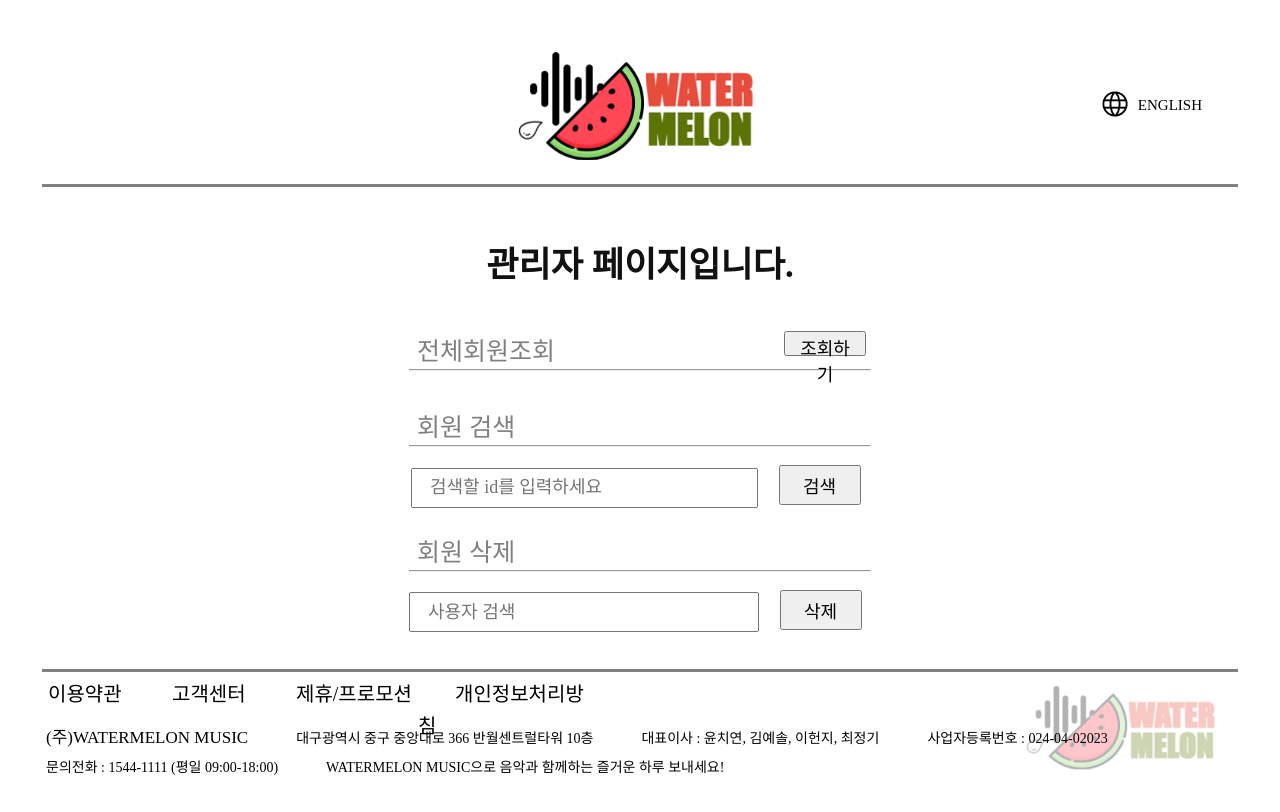
Repository: anchobb/TEAM_STS
Page: http://localhost/PJ_TEAM01/WEB-INF/views/member/member.jsp
These files come from the project's save history. The page is drawn as it stood at one moment and after the next save; the edit follows.
The browser window is 1280 px wide. The pictures show the whole page.
Some web fonts or font styles are not loaded; a fallback is used. Some web libraries are served in a nearby version. The page is served by Tomcat 9. Nobody is signed in. The template is opened directly, without the code that normally fills it, so the values that code supplies are empty.

Above is the page before, as saved 2023-09-16 07:01:10.

### PJ_TEAM01/src/main/webapp/WEB-INF/views/member/member.jsp
 <%@ page language="java" contentType="text/html; charset=UTF-8"
    pageEncoding="UTF-8"%>
<%@ taglib uri="http://java.sun.com/jsp/jstl/core" prefix="c"%>
<!DOCTYPE html>
<html>
<head>
<meta charset="UTF-8">
<title>MEMBER PAGE</title>
<style>
		<%@include file="/resources/static/css/common.css" %>
		<%@include file="/resources/static/css/header.css" %>
		<%@include file="/resources/static/css/member_Page.css" %>
		<%@include file="/resources/static/css/footer.css" %>
</style>
</head>
<body>
<div class="wrapper">
<header>
   <div class="log-header">
       <a href=<c:url value="/indexlog" />><img class="logo" src="${pageContext.request.contextPath}/resources/static/img/로고.png" alt=""></a>
       <ul>
          <li><a href=""><img  src="${pageContext.request.contextPath}/resources/static/img/english.png" alt="">ENGLISH</a></li>
       </ul>
    </div>
    <div class="logheader_line"></div>
</header>
<section class="member">
	<h1>관리자 페이지입니다.</h1>
	<ul>
		<li><span class="title">전체회원조회<button class="alluser" id="showButton">조회하기</button></span><hr/></li>
		<div class="selectall">
    	<%-- <c:forEach items="${list}" var="dto">
			<span>${dto.id}</span>&nbsp;&nbsp;<span>${dto.name}</span>
			&nbsp;&nbsp;<span>${dto.addr}</span>&nbsp;&nbsp;<span>${dto.phone}</span><br/>
		</c:forEach> --%>
			<table>
				<tr>
					<td class="user_title1" style="color:rgb(92, 115, 6);">ID</td>
					<td class="user_title1" style="color:rgb(92, 115, 6);">NAME</td>
					<td class="user_title2" style="color:rgb(92, 115, 6);">ADDRESS</td>
					<td class="user_title2" style="color:rgb(92, 115, 6);">PHONE</td>
				</tr>
    	<c:forEach items="${list}" var="dto">
				<tr>
					<td class="user_title1">${dto.id}</td>
					<td class="user_title1">${dto.name}</td>
					<td class="user_title2">${dto.addr}</td>
					<td class="user_title2">${dto.phone}</td>
				</tr>
		</c:forEach>
			</table>


    	</div>
		<br />
		<li><span class="title">회원 검색</span><hr/></li>
		<form action="member/search" method="post">
	    <div class="search_block" style= display="none">
	    <input type="text" id="search_input" name="id" placeholder="검색할 id를 입력하세요">
	    <button class="oneuser" type="submit" >검색</button>
	    </div>
	    <div class="oneshowBlock"></div>
		</form>
		<br />
		<li><span class="title">회원 삭제</span><hr/></li>
		<form action="${pageContext.request.contextPath}/member/remove" method="post">
    	<input type="text" id="remove_input" name="id" placeholder="사용자 검색">
    	<button class="removeuser">삭제</button>
		</form>
		<br />
	</ul>

</section>
<footer>
    <div class="footer_line"></div>
    <div>
        <ul class="footer_menu">
           <li><a href="">이용약관</a></li>
           <li><a href="">고객센터</a></li>
           <li><a href="">제휴/프로모션</a></li>
           <li style="width:170px"><a href=""> &nbsp;&nbsp;&nbsp;&nbsp;&nbsp;&nbsp;&nbsp;개인정보처리방침</a></li>
        </ul>
    </div>
    <p></p>
    <div class="Site_info">
        <img id="footer_logo" src="${pageContext.request.contextPath}/resources/static/img/로고.png" alt="">
        <span class="Sitename">(주)WATERMELON MUSIC</span>
        <span>대구광역시 중구 중앙대로 366 반월센트럴타워 10층</span>
        <span>대표이사 : 윤치연, 김예솔, 이헌지, 최정기</span>
        <span>사업자등록번호 : 024-04-02023</span>
        <br>
        <span>문의전화 : 1544-1111 (평일 09:00-18:00)</span>
        <span>WATERMELON MUSIC으로 음악과 함께하는 즐거운 하루 보내세요!</span>
     </div>
</footer>
</div>


<script src="https://cdnjs.cloudflare.com/ajax/libs/axios/1.4.0/axios.min.js" integrity="sha512-uMtXmF28A2Ab/JJO2t/vYhlaa/3ahUOgj1Zf27M5rOo8/+fcTUVH0/E0ll68njmjrLqOBjXM3V9NiPFL5ywWPQ==" crossorigin="anonymous" referrerpolicy="no-referrer"></script>


	<script>
	//회원 전체조회 script
		document.addEventListener('DOMContentLoaded', function() {
	       // 버튼 클릭 이벤트 핸들러
	       var showButton = document.getElementById('showButton');
	       var selectAllDiv = document.querySelector('.selectall');

	       showButton.addEventListener('click', function() {
	           // 현재 상태를 확인하여 토글
	           if (selectAllDiv.style.display === 'none' || selectAllDiv.style.display === '') {
	               selectAllDiv.style.display = 'block'; // 보이도록 함
	           } else {
	               selectAllDiv.style.display = 'none'; // 숨김
	           }
	       });
	   });


	//회원 단건조회 script

	//회원 삭제 script
	document.addEventListener("DOMContentLoaded", function () {
       const form = document.querySelector('.removeuser');
       const searchInput = document.querySelector('#remove_input');

       form.addEventListener('click', async function (event) {
           event.preventDefault();

           const searchValue = searchInput.value;

           try {
               const response = await axios.post('/app/member/remove', null, {
                   params: { id: searchValue }
               });
               console.log('서버 응답:', response);
               alert('삭제가 완료되었습니다.');
               location.reload();
           } catch (error) {
               if (error.response) {
                   console.error('서버 응답 오류:', error.response.data);
               } else {
                   console.error('요청 오류:', error.message);
               }
               // 오류가 발생했을 때 처리
               alert('삭제에 실패했습니다.');
           }
       });
   });


	</script>

</body>
</html>

### PJ_TEAM01/src/main/webapp/resources/static/css/common.css
@font-face {
    font-family: 'SDSamliphopangche_Basic';
    src: url('https://cdn.jsdelivr.net/gh/projectnoonnu/noonfonts-20-12@1.0/SDSamliphopangche_Basic.woff') format('woff');
    font-weight: normal;
    font-style: normal;
}

* {
    margin: 2px;
    box-sizing: border-box;
    font-family: 'SDSamliphopangche_Basic';
}

ul {
    list-style: none;
    padding: 0px;
    margin: 0px;
    color: black;
}

a {
    text-decoration: none;
    color: black;
}

.wrapper {
    width: 1200px;
    margin: 30px auto;
}

.wrapper>nav>.mobilemenu>.material-symbols-outlined{
    font-variation-settings:
    'FILL' 0,
    'wght' 400,
    'GRAD' 0,
    'opsz' 48}

### PJ_TEAM01/src/main/webapp/resources/static/css/header.css
/* header */
.wrapper>header {
    height:130px;
    /* border: 1px solid red; */
    margin-top: 20px;
}

/* 탑헤더 내 로고, 검색창, 퀵메뉴 전체 */
.wrapper>header>.top-header{
    height: 110px;
    /* border: 1px solid green; */
    display: flex;
    justify-content: space-between;
    align-items: center;
}

/* 탑헤더 내 로고 */
.wrapper>header>.top-header>.logo{
    margin-top: 0;
    width: 240px;
    height: 120px;
}

/* 탑헤더 내 검색창 */
.wrapper>header>.top-header>form .search_box{
    height: 38px;
    width: 500px;
    border: 3px solid rgb(92, 115, 6);
    position: relative;
    border-radius: 7px;
    line-height: 35px;
    padding-left: 10px;
}

.wrapper>header>.top-header>form .search_box>div{
    /* border: 1px solid rosybrown; */
    height: 35px;
    width: 110px;
    font-size: 20px;
    text-align: center;
    line-height: 35px;
    margin-top: -1px;
    margin-left: -10px;
    border-right: 3px solid rgb(92, 115, 6);
    background-color: rgba(92, 115, 6, 0.43);
}

.wrapper>header>.top-header>form .search_box>input {
    height: 30px;
    width: 340px;
    border: 1px;
    outline: 1px;
    position: absolute;
    top: -1px;
    left: 115px;
    font-size: 15px;
    color: black;
    font-family: 'NanumSquareBold';
}

.wrapper>header>.top-header>form .search_box>img {
    position: absolute;
    width: 30px;
    height: 30px;
    top: 0px;
    left: 92%;
    display: block;
}

/* 헤더 내 퀵메뉴 */
.wrapper>header>.top-header>ul {
    /* border: 1px solid red; */
    display: flex;
    justify-content: right;
    align-items: center;
}

.wrapper>header>.top-header>ul>li {
    /* border: 1px solid gray; */
    width: 110px;
    position: relative;
    text-align: center;
}

.wrapper>header>.top-header>ul>li>a {
    display: block;
    font-size: 16px;
    position: relative;
    left: 15px;
}

.wrapper>header>.top-header>ul>li>a>img{
    width: 20px;
    height: 18px;
    justify-content: center;
    align-content: center;
    position: absolute;
    top: -2.5px;
    left: -5px;
}

/* nav부분 STYLE */
.wrapper>nav>.navi{
    display: flex;
    justify-content: space-between;
}

/* 왼쪽 nav one-depth */
.wrapper>nav>.navi>.Menu_left>.one--depth {
    width: 100%;
    height: 60px;
    display: flex;
}

.wrapper>nav>.navi>.Menu_left>.one--depth>li {
    position: relative;
    height: 35px;
}

.wrapper>nav>.navi>.Menu_left>.one--depth>li>a {
    display: block;
    font-size: 20px;
    width: 110px;
    /* transition: 1s; */

}

/* 왼쪽 nav two-depth */
.wrapper>nav>.navi>.Menu_left>.one--depth>li>.two--depth {
    position: absolute;
    display: none;

}

.wrapper>nav>.navi>.Menu_left>.one--depth>li>.two--depth>li {
    height: 30px;
    line-height: 30px;

}

.wrapper>nav>.navi>.Menu_left>.one--depth>li>.two--depth>li>a {
    display: block;
    width: 120px;
    font-size: 17px;
}

.wrapper>nav>.navi>.Menu_left>.one--depth>li>a:hover {
    font-size: 22px;
}

.wrapper>nav>.navi>.Menu_left>.one--depth>li:hover .two--depth {
    display: flex;
}

.wrapper>nav>.navi>.Menu_left>.one--depth>li>.two--depth>li>a:hover {
    font-size: 18px;
    transition: 0.7s;
    color: rgb(192, 57, 43);
}

/* 오른쪽 nav one-depth */
.wrapper>nav>.navi>.Menu_right>.one--depth {
    width: 100%;
    height: 60px;
    display: flex;
}

.wrapper>nav>.navi>.Menu_right>.one--depth>li {
    position: relative;
    height: 35px;
}

.wrapper>nav>.navi>.Menu_right>.one--depth>li>a {
    display: block;
    font-size: 20px;
    width: 110px;
    text-align: right;
}

/* 오른쪽 nav two-depth */
.wrapper>nav>.navi>.Menu_right>.one--depth>li>.two--depth {
    position: absolute;
    display: none;
}

.wrapper>nav>.navi>.Menu_right>.one--depth>li>.two--depth>li {
    height: 30px;
    line-height: 30px;
}

.wrapper>nav>.navi>.Menu_right>.one--depth>li>.two--depth>li>a {
    display: block;
    width: 110px;
    font-size: 17px;
    text-align: center;
}

.wrapper>nav>.navi>.Menu_right>.one--depth>li>a:hover {
    font-size: 22px;
}

.wrapper>nav>.navi>.Menu_right>.one--depth>li:hover .two--depth {
    display: flex;
    text-align: right;
    right: -12px;
}

.wrapper>nav>.navi>.Menu_right>.one--depth>li>.two--depth>li>a:hover {
    font-size: 18px;
    transition: 0.7s;
    color: rgb(192, 57, 43);
}

/* header_line */
.wrapper>.header_line {
    display: block;
    background-color: gray;
    height: 3px;
    width: 100%;
    margin: 5px auto;
}

.wrapper>footer>#footer_logo{
    border: 1px solid;
    opacity: 0.6;
    margin-bottom: 500px;
}


.wrapper>header>.log-header{
    height: 150px;
    position: relative;
    display: flex;
    justify-content: center;
    align-items: center;
}

.logheader_line{
    display: block;
    background-color: gray;
    height: 3px;
    width: 100%;
    margin: 0 auto;
}


/* login header */

.wrapper>header>.log-header>a>.logo{
    margin-top: 0;
}

.wrapper>header>.log-header>ul{
    position: absolute;
    right: 30px;
}

.wrapper>header>.log-header>ul>li{
    display: inline-block;
    height: 40px;
    text-align: center;
    line-height: 35px;
}

.wrapper>header>.log-header>ul>li>a{
    font-size: 15px;
    position: relative;

}

.wrapper>header>.log-header>ul>li>a>img{
    position: absolute;
    width: 30px;
    height: 30px;
    right: 70px;
}

.wrapper>nav>.mobilemenu{
    display: none;
}

### PJ_TEAM01/src/main/webapp/resources/static/css/member_Page.css
li{
    list-style: none;
    }

    .member {
        width: 470px;
        display: block;
        height: 100%;
        padding-top: 50px;
        margin: 0 auto;
    }

    .member h1 {
        padding-top: 20px;
        font-size: 35px;
        color: #111;
        text-align: center;
    }

  	.member>ul {
        padding: 40px 0 10px;
    }

    .member>ul li {
        padding: 0 0 12px;
        text-align: left;
    }

    .member>ul li .title {
		font-size: 25px;
		display: block;
		margin-left: 10px;
		color: gray;
	}

	.member form #search_input, #remove_input{
        width: 75%;
        height: 40px;
        box-sizing: border-box;
        text-indent: 15px;
        font-size: 18px;
        color: black;
        font-family: 'SDSamliphopangche_Basic';
    }

    .member>form input::-webkit-input-placeholder {
        font-size: 18px;
        color: gray;
    }

	.member .title>.alluser{
		width: 82px;
        height: 25px;
        font-size: 18px;
        cursor: pointer;
        display: inline-block;
        margin: 0 5px;
        float: right;

	}

	table{
		table-layout: fixed;
		border-collapse: collapse;
	 	width: 440px;
	}

	td{
		border-bottom: 1px solid black;
	 	overflow: hidden;
	 	text-overflow: ellipsis;
	  	white-space: nowrap;
	  	padding:5px;
	}

	th:first-child, td:first-child {
    	border-left: none;
  	}

	.user_title1{
		width:85px;
	}

	.user_title2{
		width:160px;
	}


    .member form .oneuser, .removeuser{
        width: 82px;
        height: 40px;
        margin-left: 15px;
        margin-right: 0px;
        font-size: 18px;
        cursor: pointer;
    }

    .member #back_btn {
        width: 60px;
        height: 35px;
        background: #ed1c24;
        border-radius: 5px;
        font-size: 22px;
        color: #fff;
        margin-top: 20px;
        cursor: pointer;
    }

    .member #update_btn{
		width: 100px;
        height: 35px;
        background: #ed1c24;
        border-radius: 5px;
        font-size: 22px;
        color: #fff;
        margin-top: 20px;
  		margin-left: 240px;
        cursor: pointer;
	}

	.selectall {
        display: none;
        font-size: 20px;
		text-align: center;
    }

### PJ_TEAM01/src/main/webapp/resources/static/css/footer.css
/* footer */

/* footer line */
.wrapper>footer>.footer_line {
    display: block;
    background-color: gray;
    height: 3px;
    width: 100%;
    margin: 5px auto;
}

/* footer */
.wrapper>footer>div>.footer_menu {
    display: flex;
    /* border: 1px solid; */
    height: 40px;
}

.wrapper>footer>div>.footer_menu>li{
    /* border: 1px solid red; */
    width: 120px;
    height: 30px;
    line-height: 30px;
}

.wrapper>footer>div>.footer_menu>li>a{
    font-family: 'SDSamliphopangche_Basic';
    font-size: 20px;
}

.wrapper>footer>.Site_info{
    position: relative;
}

.wrapper>footer>.Site_info>#footer_logo{
    position: absolute;
    top: -50px;
    right: 0;
    width: 220px;
    height: 110px;
    opacity: 0.3;
    z-index: -1;
}

.wrapper>footer>.Site_info>span{
    display: inline-block;
    font-size: 14px;
    padding: 2px 40px 2px 0;
}

.wrapper>footer>.Site_info>.Sitename{
    font-family: 'SDSamliphopangche_Basic';
    font-size: 17px;
}

After the next save:
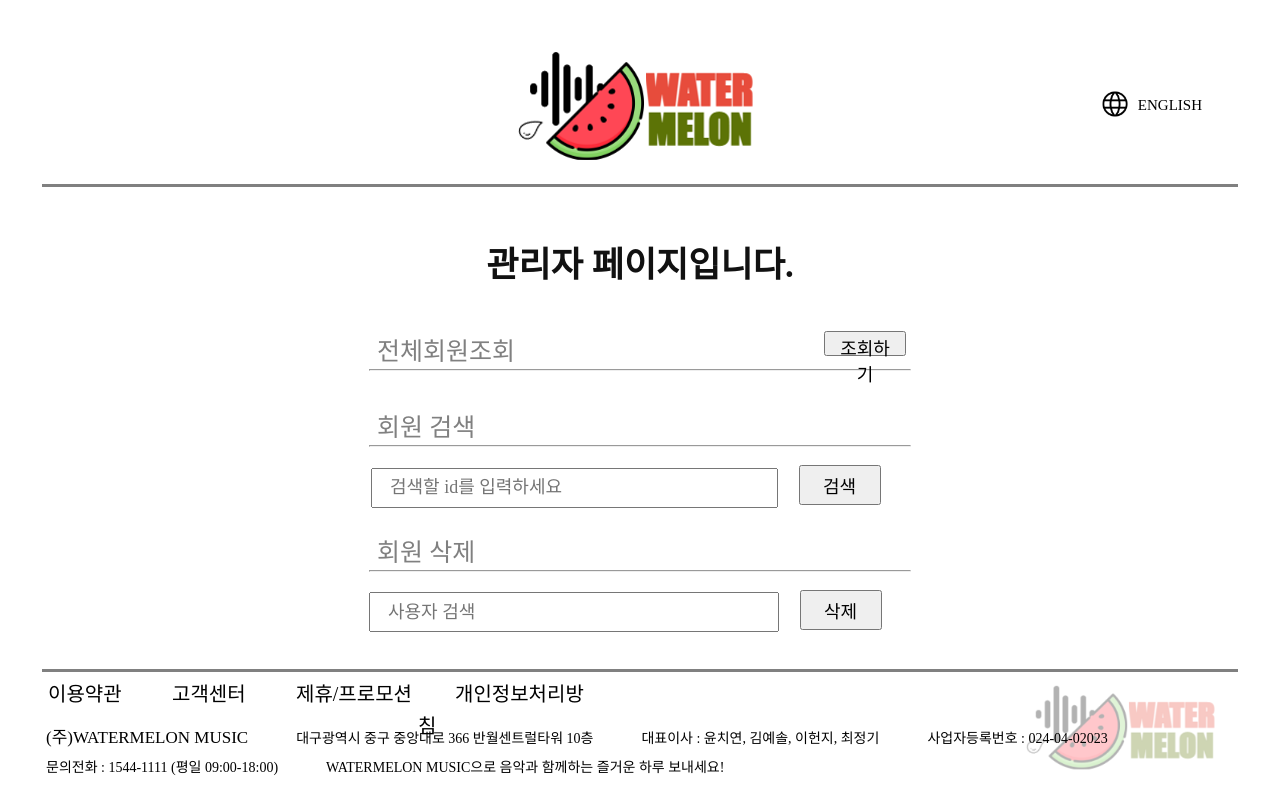
Saved 45 s later.
--- a/PJ_TEAM01/src/main/webapp/resources/static/css/member_Page.css
+++ b/PJ_TEAM01/src/main/webapp/resources/static/css/member_Page.css
@@ -3,7 +3,7 @@
     }
 
     .member {
-        width: 470px;
+        width: 550px;
         display: block;
         height: 100%;
         padding-top: 50px;
@@ -62,7 +62,7 @@
 	table{
 		table-layout: fixed;
 		border-collapse: collapse;
-	 	width: 440px;
+	 	width: 550px;
 	}
 
 	td{
